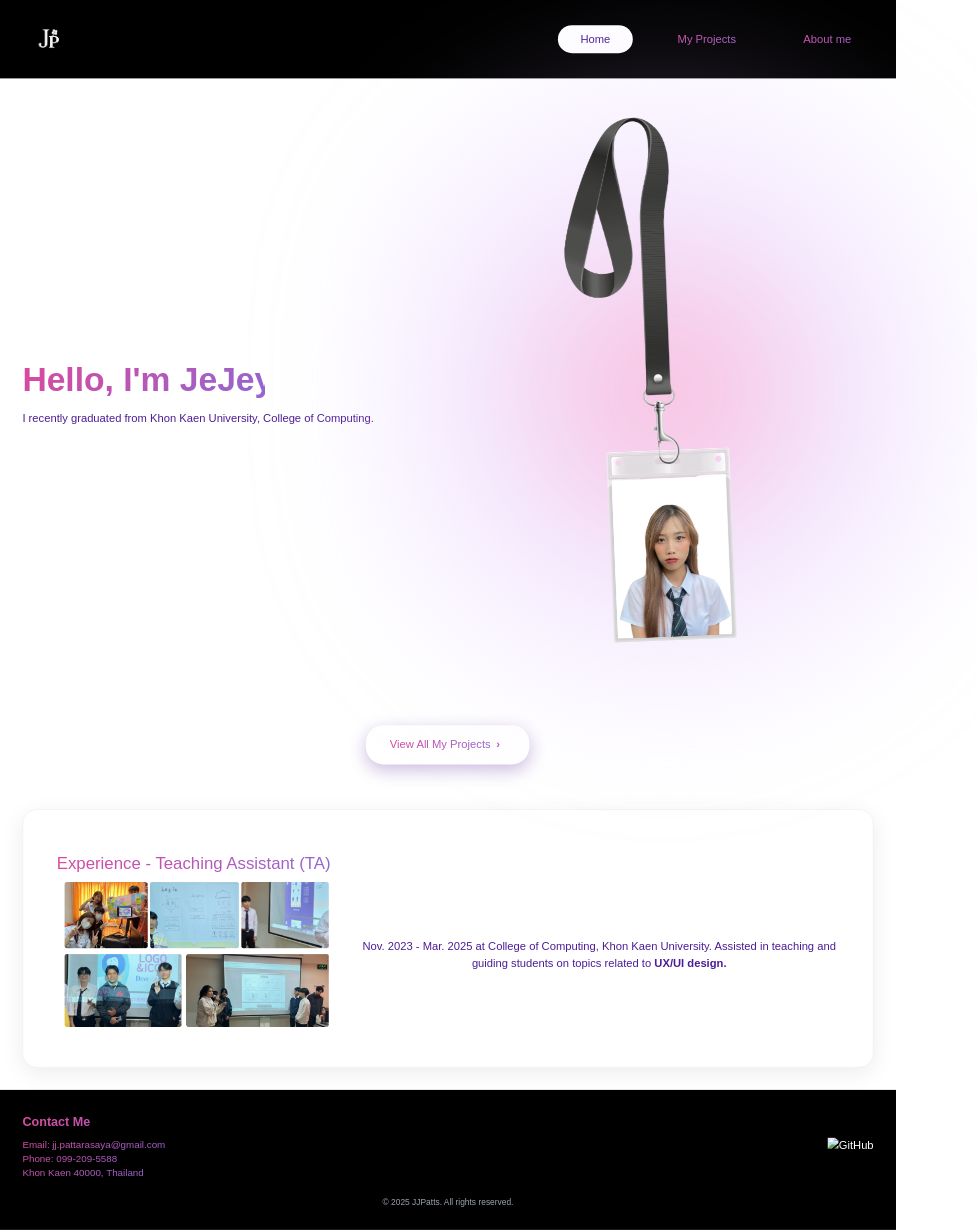
Repository: PattarasayaJJ/Portfolio-jjpatts
Page: /
These files come from the project's save history. The page is drawn as it stood at one moment and after the next save; the edit follows.
The browser window is 1280 px wide. The page is 1396 px wide, so the pictures cover 1396 px, including what lies to the right of the window. The pictures show the whole page, at 70% of full size.
The project was rebuilt for these pictures with package versions that can differ from the ones it lists, and the page was loaded fresh each time. Also part of the build but not shown: vite.config.js, vite.config.ts, src/header.css, src/work.css, src/components/Works.jsx, src/components/Aboutme.jsx.

Above is the page before, as saved 2025-08-03 23:44:04.

After the next save:
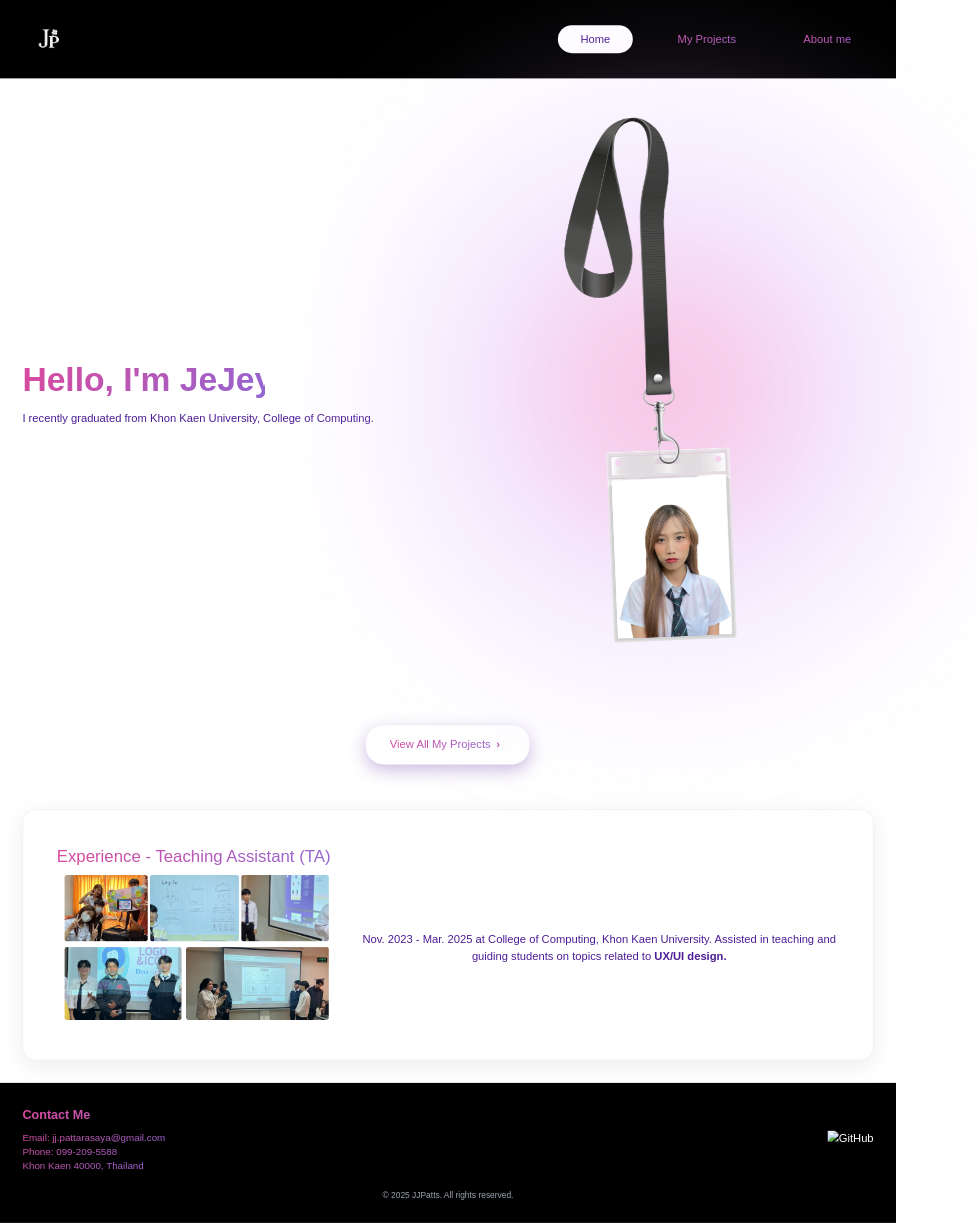
Saved 4 s later.
--- a/src/hero.css
+++ b/src/hero.css
@@ -206,7 +206,6 @@
 }
 
 .ex-title-text {
-  margin-top: 10px;
   background: linear-gradient(135deg, #DD489B, #9067D3);
   -webkit-background-clip: text;
   -webkit-text-fill-color: transparent;
